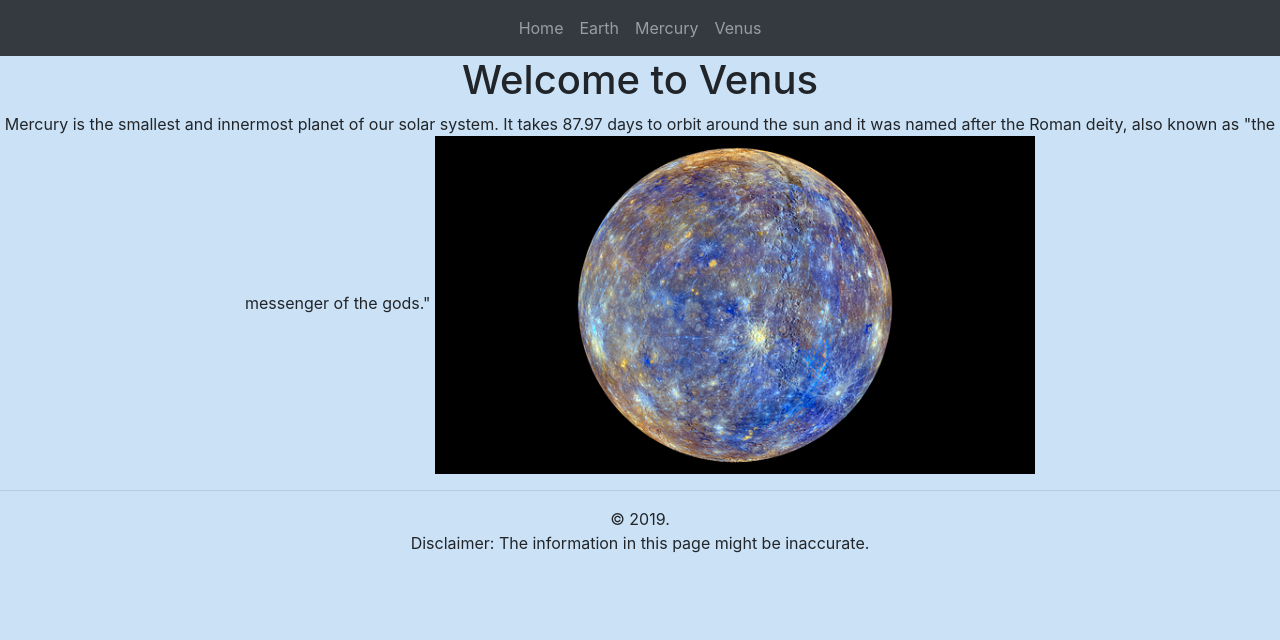
Repository: alexiscaasi/cst336Lab6
Page: http://localhost/venus
The author's editor kept a record of every edit. The page is drawn from the files as they stood at one moment, then again after the next edit.
The browser window is 1280 px wide. The pictures show the whole page.
The page is served by the project's Node server (app.js).

Above is the page before.

### views/venus.html
<%- include('partials/header.ejs') %>
        <h1>Welcome to Venus</h1>
        <p>
           Mercury is the smallest and innermost planet of our solar system. It takes 87.97 days to orbit around the sun and it was named after the Roman deity, also known as "the messenger of the gods."
        <img width="600px" src="/img/mercury.png" alt="The Solar System">
<%- include('partials/footer.ejs') %>

### views/partials/header.ejs
<!DOCTYPE html>
<html>
    <head>
        <title> Solar System </title>
        <link rel="stylesheet" type-"text/css" href="https://stackpath.bootstrapcdn.com/bootstrap/4.4.1/css/bootstrap.min.css" integrity="sha384-Vkoo8x4CGsO3+Hhxv8T/Q5PaXtkKtu6ug5TOeNV6gBiFeWPGFN9MuhOf23Q9Ifjh" crossorigin="anonymous">
        <link rel="stylesheet" type="text/css" href="/css/styles.css" />
    </head>
    <body>
    <nav class="navbar navbar-expand-sm bg-dark justify-content-center navbar-dark">
      <ul class="navbar-nav">
        <li class="nav-item">
          <a class="nav-link" href="/">Home</a>
        </li>
        <li class="nav-item">
          <a class="nav-link" href="/earth">Earth</a>
        </li>
        <li class="nav-item">
          <a class="nav-link" href="/mercury">Mercury</a>
        </li>
        <li class="nav-item">
          <a class="nav-link" href="/venus">Venus</a>
        </li>
      </ul>
    </nav>

### views/partials/footer.ejs
<hr>
&copy; 2019. <br/>
Disclaimer: The information in this page might be inaccurate.
    </body>
</html>

### app.js
const express = require("express");
const app = express();
app.engine('html', require('ejs').renderFile);
app.use(express.static("public"));

//routes
app.get("/mercury", function(req, res){
    res.render("mercury.html");
});

app.get("/venus", function(req, res) {
    res.render("venus.html");
});

app.get("/earth", function(req, res) {
    res.render("earth.html");
});

app.get("/", function(req, res) {
    res.render("index.html");
});

//server listener
app.listen("8081", "127.0.0.1", function(){
    console.log("Express server is Running...");
});

### public/css/styles.css
body {
    background-color: #CBE2F6;
    text-align: center;
}

After the next edit:
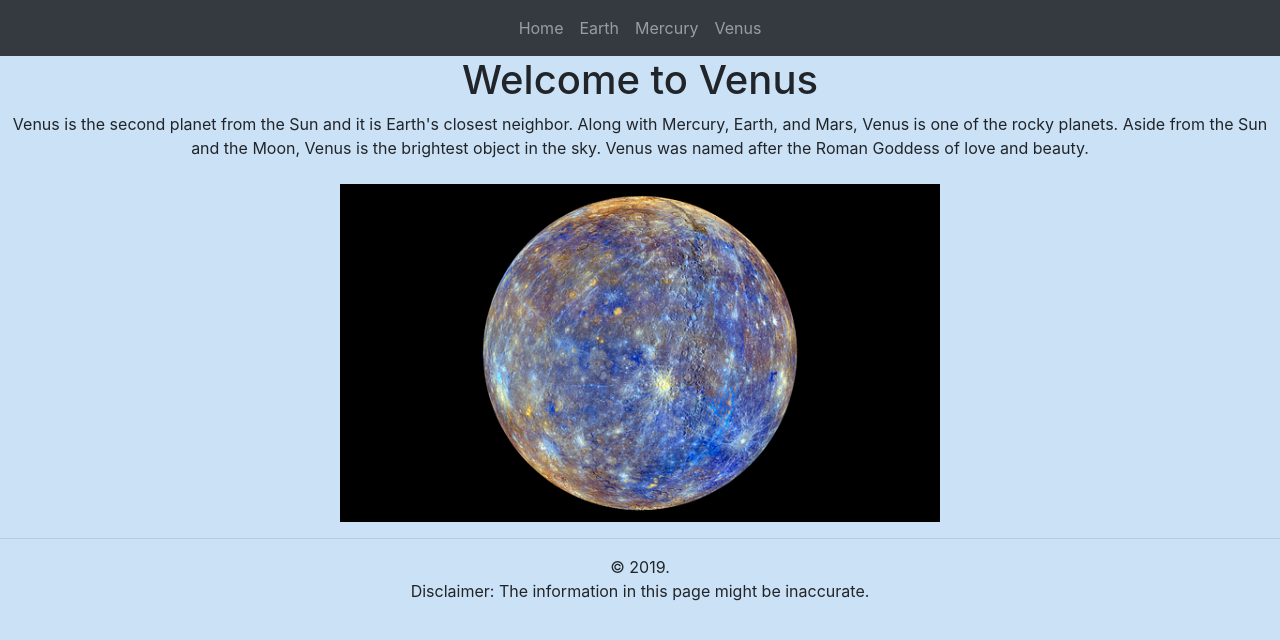
The edit:
--- a/views/venus.html
+++ b/views/venus.html
@@ -1,6 +1,7 @@
 <%- include('partials/header.ejs') %>
         <h1>Welcome to Venus</h1>
         <p>
-           Mercury is the smallest and innermost planet of our solar system. It takes 87.97 days to orbit around the sun and it was named after the Roman deity, also known as "the messenger of the gods."
+          Venus is the second planet from the Sun and it is Earth's closest neighbor. Along with Mercury, Earth, and Mars, Venus is one of the rocky planets. Aside from the Sun and the Moon, Venus is the brightest object in the sky. Venus was named after the Roman Goddess of love and beauty.
+        <br><br>
         <img width="600px" src="/img/mercury.png" alt="The Solar System">
 <%- include('partials/footer.ejs') %>
